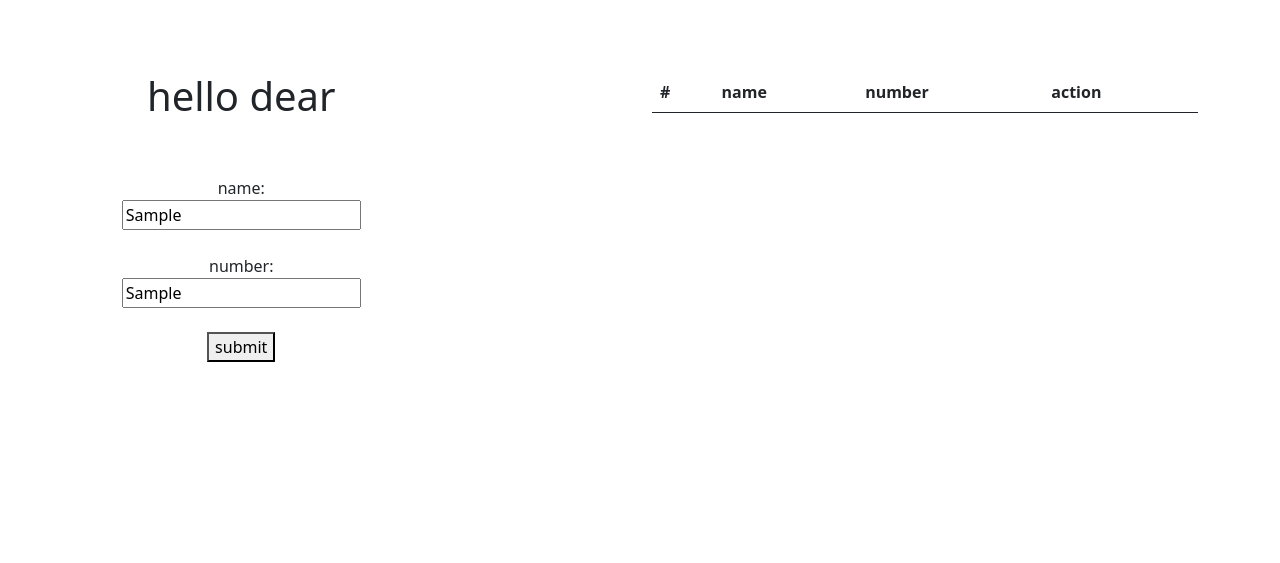
Repository: umangtalpara/ajax
Page: index.html
The author's editor kept a copy of each file at every save. The page is drawn from the files as they stood at one save, then again after the next save.
The browser window is 1280 px wide. The pictures show the whole page.
Empty fields were first filled with sample values (such as "Sample", 5 or name@example.com).
After loading, the first visible `#submit` was clicked once.

Above is the page before, as saved 2021-07-07 19:52:23.

### index.html
<!DOCTYPE html>
<html lang="en">

<head>
    <meta charset="UTF-8">
    <meta http-equiv="X-UA-Compatible" content="IE=edge">
    <meta name="viewport" content="width=device-width, initial-scale=1.0">
    <title>ajax</title>
    <script src="https://code.jquery.com/jquery-3.6.0.js"
        integrity="sha256-H+K7U5CnXl1h5ywQfKtSj8PCmoN9aaq30gDh27Xc0jk=" crossorigin="anonymous"></script>
    <!-- CSS only -->
    <link href="https://cdn.jsdelivr.net/npm/bootstrap@5.0.2/dist/css/bootstrap.min.css" rel="stylesheet"
        integrity="sha384-EVSTQN3/azprG1Anm3QDgpJLIm9Nao0Yz1ztcQTwFspd3yD65VohhpuuCOmLASjC" crossorigin="anonymous">
    <!-- JavaScript Bundle with Popper -->
    <script src="https://cdn.jsdelivr.net/npm/bootstrap@5.0.2/dist/js/bootstrap.bundle.min.js"
        integrity="sha384-MrcW6ZMFYlzcLA8Nl+NtUVF0sA7MsXsP1UyJoMp4YLEuNSfAP+JcXn/tWtIaxVXM"
        crossorigin="anonymous"></script>
    <link rel="stylesheet" href="./ajax.css" />


</head>

<body>

    <div class="container">

        <div class="row">
            <div class="col">
                <div class="col-sm-7 text-center">
                    <form id="form" action="insert.php" method="POST">
                        <br><br><br>
                        <h1>hello dear</h1><br><br>
                        <div id="msg" style="color: red;"></div>
                        <label>name:</label><br>
                        <input type="text" id="name" /><br><br>
                        <label>number:</label><br>
                        <input type="text" id="number" /><br><br>
                        <button id="submit" type="submit"> submit</button>
                    </form>
                </div>
            </div>
            <div class="col">
                <div class="col-sm-7 text-center"></div>
                <table class="table">
                    <thead>
                        <br><br><br>
                        <tr>
                            <th scope="col">#</th>
                            <th scope="col">name</th>
                            <th scope="col">number</th>
                            <th scope="col">action</th>
                        </tr>
                    </thead>
                    <tbody id="tbody">

                    </tbody>
                </table>
            </div>
        </div>
    </div>



    <script src="./ajax.js"></script>
</body>

</html>

### ajax.css
.float-container {
    border: 3px solid #fff;
    padding: 20px;
}

.float-child {
    width: 50%;
    float: left;
    padding: 20px;
    border: 2px solid red;
}

### ajax.js
$(document).ready(function(){

//code for data show
function showdata(){
    output="";
    $.ajax({
        url: "retrieve.php",
        method: "GET",
        dataType:'json',
        success:function(data){
            // console.log(data);
            if (data) {
                x = data;
            }else {
                x = "";
            }
            for(i=0; i<x.length; i++){
                output += "<tr><td>" + x[i].id + "</td><td>" + x[i].name + " </td><td> " + x[i].number + " </td><td> <button class='btn btn-danger btn-sm btn-delete' data-sid=" + x[i].id+ " >delete</button></td></tr> "
            }
            $("#tbody").html(output);

        },
    });
}
showdata();

 //code for data insert
$("#submit").click(function(e){
    e.preventDefault();
    console.log("submit button clicked");
    let nm = $("#name").val();
    let mn = $("#number").val();
    // console.log(nm);
    // console.log(mn);

    mydata = { name:nm, number:mn };
    // console.log(mydata);

    // $.ajax({
    //     url: "insert.php",
    //     method: "POST",
    //     data: JSON.stringify(mydata),
    //     success: function(data){
    //         // console.log(data);
    //         msg ="<div class='alert alert-dark mt-3'>" + data + "</div>";
    //         $("#msg").html(msg);
    //         $('#form')[0].reset();
    //         showdata()
    //     },
    // });
});

// delete code
$("tbody").on("click",".btn-delete",function(){
    console.log("delete button clicked");
    let id = $(this).attr("data-sid");
    // console.log(id);
    mydata = {sid:id};
    $.ajax({
        url:"delete.php",
        method: "POST",
        data: JSON.stringify(mydata),
        success: function(data){
            // console.log(data);
            showdata()
            msg ="<div class='alert alert-dark mt-3'>" + data + "</div>";
            $("#msg").html(msg);
        }
    });
});
});

After the next save:
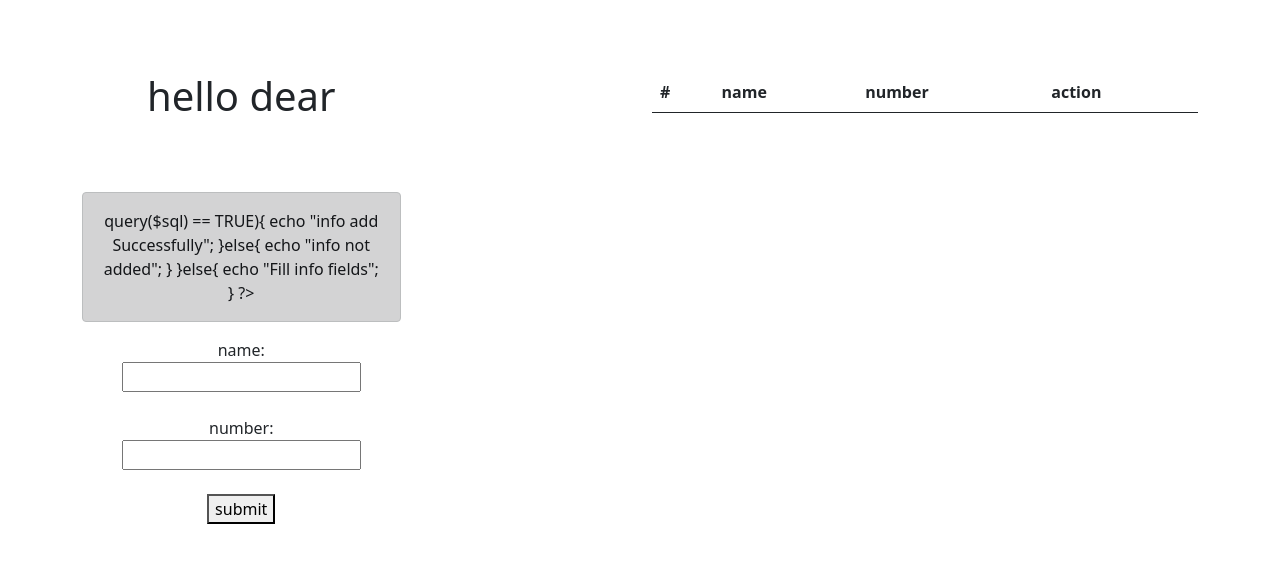
Saved 16 min 51 s later.
--- a/ajax.js
+++ b/ajax.js
@@ -36,18 +36,18 @@ $("#submit").click(function(e){
     mydata = { name:nm, number:mn };
     // console.log(mydata);
 
-    // $.ajax({
-    //     url: "insert.php",
-    //     method: "POST",
-    //     data: JSON.stringify(mydata),
-    //     success: function(data){
-    //         // console.log(data);
-    //         msg ="<div class='alert alert-dark mt-3'>" + data + "</div>";
-    //         $("#msg").html(msg);
-    //         $('#form')[0].reset();
-    //         showdata()
-    //     },
-    // });
+    $.ajax({
+        url: "insert.php",
+        method: "POST",
+        data: JSON.stringify(mydata),
+        success: function(data){
+            // console.log(data);
+            msg ="<div class='alert alert-dark mt-3'>" + data + "</div>";
+            $("#msg").html(msg);
+            $('#form')[0].reset();
+            showdata()
+        },
+    });
 });
 
 // delete code
